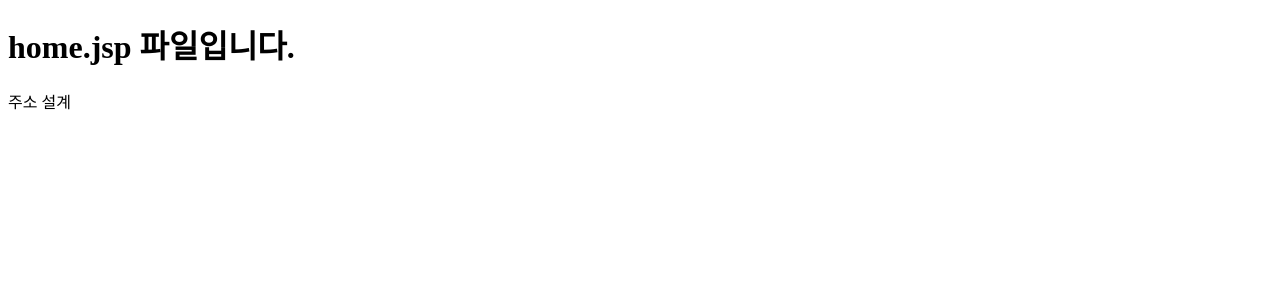
Repository: Greenery367/JSP
Page: http://localhost/demo_3/home.jsp
An editor plug-in stored every save of this project. The page is shown before and after the next save, followed by the edit.
The browser window is 1280 px wide. The pictures show the whole page.
The page is served by Tomcat 10.

Above is the page before, as saved 2024-06-27 06:30:01.

After the next save:
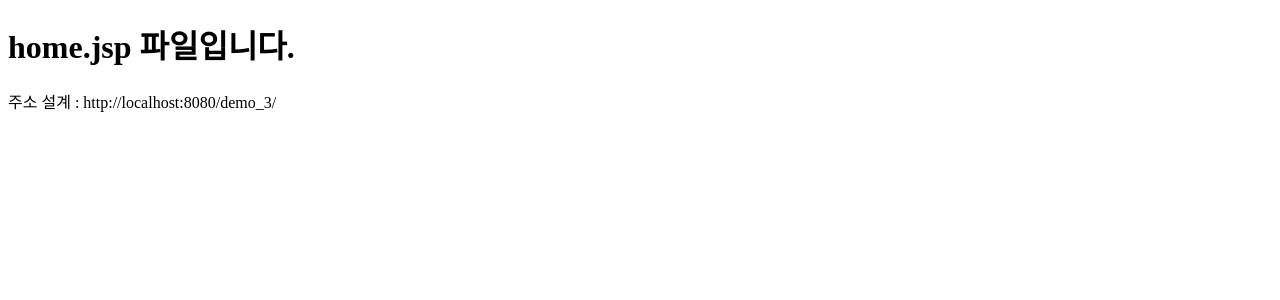
Saved 41 s later.
--- a/demo_3/src/main/webapp/home.jsp
+++ b/demo_3/src/main/webapp/home.jsp
@@ -8,6 +8,6 @@
 </head>
 <body>
 	<h1>home.jsp 파일입니다.</h1>
-	<p>주소 설계</p>
+	<p>주소 설계 : http://localhost:8080/demo_3/</p>
 </body>
 </html>
